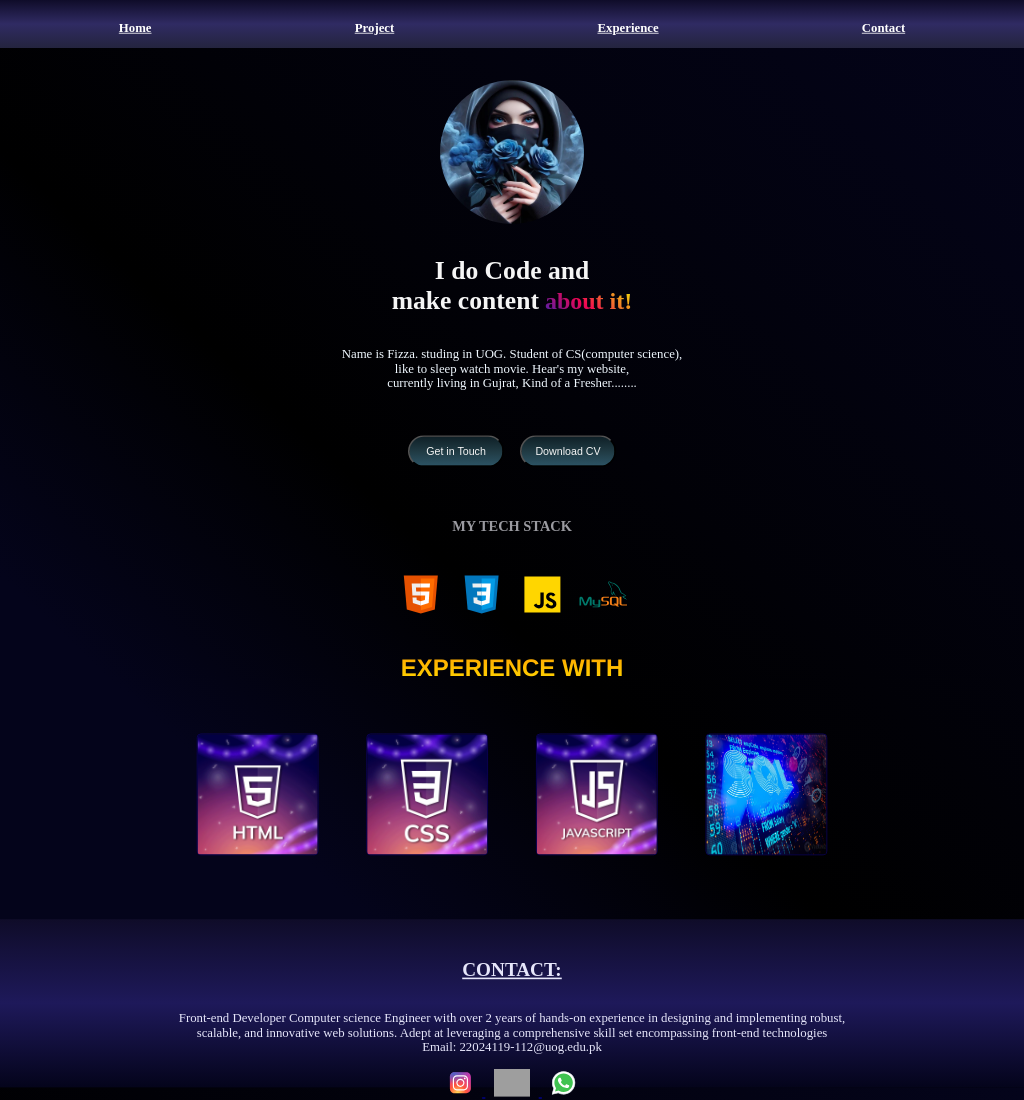
Repository: Fizza-112/portfolio
Page: index.html
The author's editor kept a copy of each file at every save. The page is drawn from the files as they stood at one save, then again after a run of saves.
The browser window is 1280 px wide. The pictures show the whole page, at 80% of full size.
Pictures or frames that could not be fetched are drawn as grey boxes.

Above is the page before, as saved 2024-09-07 03:34:44.

### index.html
<!DOCTYPE html>
<html lang="en">
<head>
    <meta charset="UTF-8">
    <meta name="viewport" content="width=device-width, initial-scale=1.0">
    <meta name="description"   content="Portfolio Website where you get info about my skills and learn new things in easy way">
    <title>My Portfolio</title>
    <link rel="stylesheet" href="style.css">
    <meta name="google-site-verification" content="bMfvFNlaXwRNzWYWQCBN_Ipu9i9Mxg_YoOX3iJSdJ_U" />
</head>
<body>

    <header class="head">
       <b><a href="#home" target="blank" class="anchor">Home</a>
        <a  href="#stack" target="blank" class="anchor" >Project</a>
        <a  href="#experience" target="blank" class="anchor" >Experience</a>
        <a href="#contacts" target="blank" class="anchor">Contact</a></b>
    </header>

    <div id="home">

        <div class="avatar">
            <img src="/WhatsApp Image 2024-08-29 at 6.32.49 AM.jpeg" all="img" id="Profile">
        </div>
        <div>
            <h1>
                I do Code and <br>
                make content<span id="ab-it"> about it!</span>
            </h1>
        </div>
        <p>
            Name is Fizza. studing in UOG. Student of CS(computer science),<br>
            like to sleep watch movie. Hear's my website,<br>
            currently living in Gujrat, Kind of a Fresher........
        </p>
        <div class="button-container">
            <Button>Get in Touch</Button>
            <button>Download CV</button>
        </div>
        <h4>

           <div id="stack">
            <b>MY TECH STACK</b>
        </h4>
        <div class="log">
            <image src="/icons8-html.svg" alt="img" class="logo">
            <img src="/icons8-css.svg" alt="img" class="logo">
            <img src="/icons8-js.svg" alt="img" class="logo">
            <img src="/icons8-mysql-logo.svg" alt="img" class="logo">
        </div>
</div>

</div>
<div id="experience">
    <div id="projects">
        <h2 id="pro">EXPERIENCE WITH</h2>
        <div class="hjs">
            <image src="/html.png" alt="img" class="photo">
            <image src="/css.png" alt="img" class="photo">
            <img src="/js.png" alt="img"class="photo">
            <img src="/sql.jpg" alt="img" class="photo">
        </div>
    </div>
</div>

    <!-- <div id="experience">
    <div>
        <h2 id="exp">EXPERIENCE</h2>
    </div>
    <h3>
        <b style="display: flex; align-items:center; justify-content:center;">
            <img  src="/google.jpg" alt="google"  class="gam">Software Engineer at Google
        </b>
    </h3>
    <p>As a Senior Software Engineer at Google, I played a pivotal role in developing innovative solutions <br>
        for Google's core search algorithms. Collaborating with a dynamic team of engineers,<br>
        I contributed to the enhancement of search accuracy and efficiency, optimizing user experiences for millions of users worldwide.
    </p>

    <h3>
    <b style="display: flex; align-items:center; justify-content:center;"> <img  src="/apple.png" alt="google" class="gam">Software Engineer at Apple </b>
    <h3>
    <p>During my tenure at Apple, I held the role of Software Architect, <br>
    where I played a key role in shaping the architecture of mission-critical software projects.<br>
    Responsible for designing scalable and efficient systems, I provided technical leadership to a cross-functional team.
    </p>
    <h3>
        <b style="display: flex; align-items:center; justify-content:center;"><img  src="/meta.jpg" alt="google" class="gam" > Engineer at Meta</b>
    </h3>
    <p>At Meta, I served as a  Software Engineer, focusing on the design and implementation of backend systems for the social media giant's dynamic platform.<br>
    Working on projects that involved large-scale data processing and user engagement features, I leveraged my expertise to ensure seamless functionality and scalability.
    </p>
    </div> -->

</div>
    <div id="contacts">
    <div id="contact">
        <footer>
        <p> <U><h2>CONTACT:</h2> </U></a><br>
            Front-end Developer Computer science Engineer with over 2 years of hands-on experience in designing
            and implementing robust,<br> scalable, and innovative web solutions. Adept at leveraging a
            comprehensive skill set encompassing front-end  technologies <br>
            Email: 22024119-112@uog.edu.pk
            <br>
            <br>

                <a href="https://www.instagram.com/magical4528?igsh=dXF0NXVsdWx1eGd3" target="_blank">
                    <img src="/icons8-insta.svg" alt="Instagram" class="icon">
                </a>
                <a href="https://www.snapchat.com/add/fizza_tahir453?share_id=_8QjPm1qg5w&locale=en-PK" target="_blank">
                    <img src="/snap.png" alt="snapchat" class="icon">
                </a>
                <a href="https://web.whatsapp.com/#" target="_blank">
                    <img src="/icons8-whatsapp.svg" alt="whatsapp" class="icon">

                </a>


        </footer>
    </div>
</div>

### style.css
body{
    background-image: linear-gradient(43deg, #04041b 25%, #000000 46%, #04041b 100%);
    margin:0px;
    padding: 0px;
}
@media (max-width: 768px){

header {
   max-width: 768px;
    background-color: #9a9aa0;
    background-image: linear-gradient( #0f0c29, #302b63,  #24243e);
    height: 50px;
   padding-top: 10px;
    text-align: center;
    word-spacing: 120px !important;

}
}
header {
    display: flex;
    justify-content: center;         /* Centers horizontally */
    align-items: center;
    background-color: #9a9aa0;
    background-image: linear-gradient( #0f0c29, #302b63,  #24243e);
    height: 50px;
   padding-top: 10px;
    text-align: center;
    word-spacing: 250px;

}


.anchor{
    color: white;
    font-size: medium;

}
.anchor:hover{
    background-image: linear-gradient(#0f0c29, #2f1c3b,  #0f1452 ) ;
    font-size: larger;
}

.avatar {
    display: flex;
    justify-content: center;    /* Centers horizontally */
    align-items: center;       /* Centers  vertically */
}
#Profile{
    width: 180px;
height: 180px;
border-radius: 50%;
margin-top: 40px;

}
h1{
    color:whitesmoke;
    text-align: center;
    margin-top: 40px;
}
#ab-it{
    font-size: 30px;
    background: linear-gradient(43deg, #3622b6 0%, #f10551 46%, #f1f102 100%);  /* The gradient color */
    -webkit-background-clip: text;       /* Clip the background to the text */
    background-clip: text;              /* For non-WebKit browsers */
    color: transparent;                 /* Make the text color transparent */
}
p{
    color:white;
    text-align: center;
    margin-top: 40px;
}
.button-container {
    display: flex;
    justify-content: center; /* Centers the button horizontally */
    align-items: center; /* Centers the button vertically */

}
button{
    width: 120px;
    height: 40px;
    border-radius: 30px;
    margin: 40px 10px;
   font-size: normal;
   font-weight: normal;
   color: whitesmoke;
   background: linear-gradient( #0f2027, #203a43, #2c5364); /* New gradient on hover */
  }
  button:hover {
    background-image: linear-gradient(#0f0c29, #302b63,  #24243e );
    box-shadow: #302b63 0px 4px 0px 0px;
  }


h4{
    color:#9a9aa0;
    text-align: center;
    font-size: large;
    font-weight: normal;
}

.log {
    display: flex;
    justify-content: center; /* Centers the items horizontally */
    align-items: center;     /* Centers the items vertically */

}

.logo {
    width: 60px;
    height: 60px;
    border-radius: 5px;
    margin: 20px 8px;
}
 .logo:hover{
    background-image: linear-gradient( #0f2027, #203a43, #2c5364) ;

}
#pro{
text-align: center;
color: #eca012 ;
font-family: 'Franklin Gothic Medium';
    font-size: 30px;
    background: linear-gradient( orange, gold ); /* The gradient color */
    -webkit-background-clip: text; /* Clip the background to the text */
    background-clip: text; /* For non-WebKit browsers */
    color: transparent; /* Make the text color transparent */
  }


#exp{
    margin-top: 30px;
    text-align: center;
    font-size: 30px;
    background: linear-gradient( rgb(0, 47, 255),#0093E9  ); /* The gradient color */
    -webkit-background-clip: text; /* Clip the background to the text */
    background-clip: text; /* For non-WebKit browsers */
    color: transparent; /* Make the text color transparent */
     font-family: 'Franklin Gothic Medium';
}
.hjs {
    display: flex;
    flex-wrap: wrap;
    justify-content: center; /* Centers  horizontally */
    align-items: center; /* Centers  vertically */
}
.photo{
    width: 150px;
    height: 150px;
    border-radius: 5px;
    margin: 40px 30px;
    border:1px solid rgb(13, 3, 104);
}
.photo:hover{
    border:4px solid whitesmoke;
}

h3{
    text-align: center;
    color:aliceblue;
}
p{
    text-align: center;
    color:aliceblue;
}
.gam{
    height: 30px;
}

footer{
    margin-top: 40px;
    padding-top: 10px;
    text-align: center;
    height: 200px;
    color: lavender;
    background-image: linear-gradient(#0f0c29, #1e195a, #04041b 100%);

}
.icon{
    height: 35px;
    margin: 0 10px;

}

After the next 6 saves:
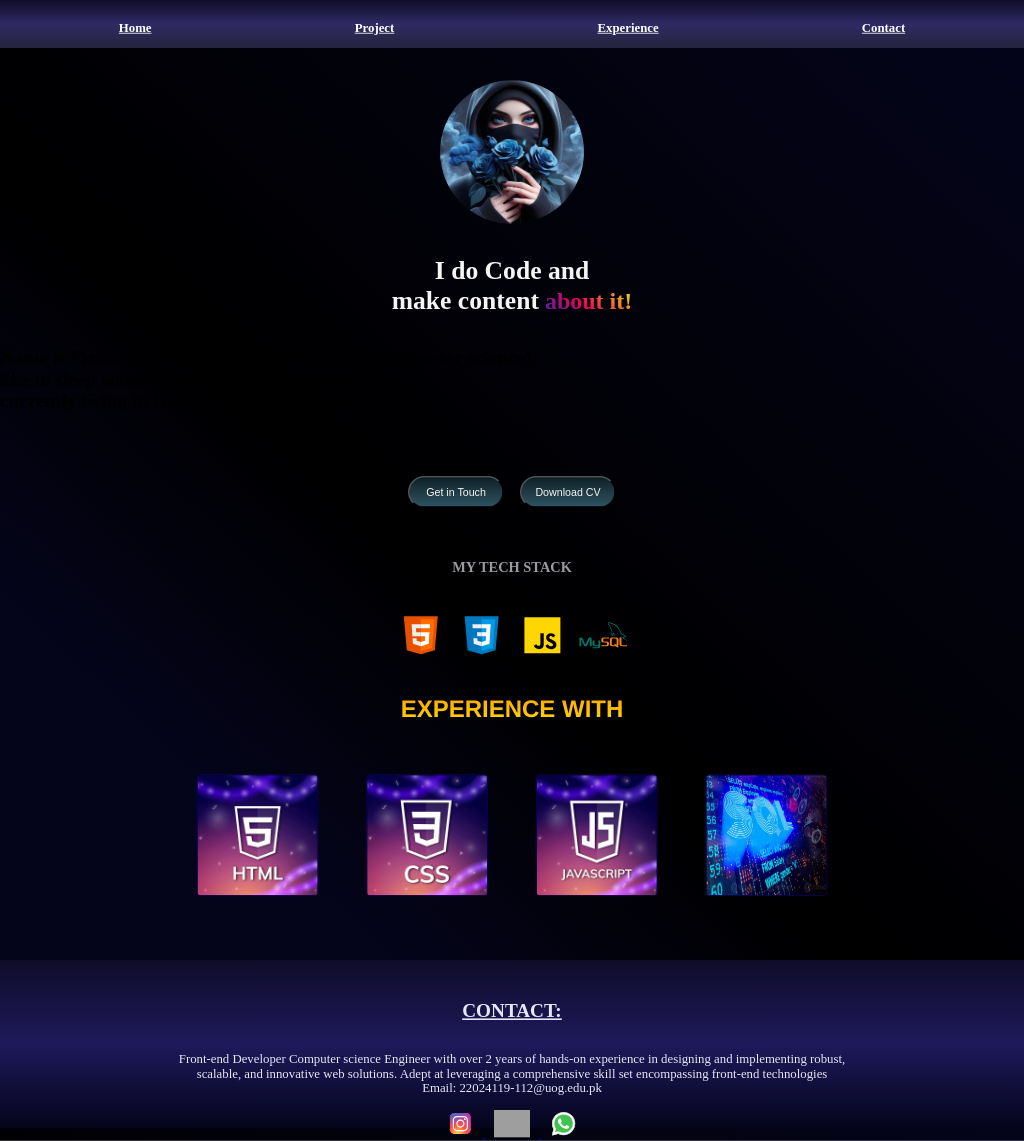
The 6 saves are shown as one change because they came seconds apart.
The last was saved 10 min 34 s later.
--- a/index.html
+++ b/index.html
@@ -28,10 +28,10 @@
                 make content<span id="ab-it"> about it!</span>
             </h1>
         </div>
-        <p>
+        <p><h2>
             Name is Fizza. studing in UOG. Student of CS(computer science),<br>
             like to sleep watch movie. Hear's my website,<br>
-            currently living in Gujrat, Kind of a Fresher........
+            currently living in Gujrat, Kind of a Fresher........</h2>
         </p>
         <div class="button-container">
             <Button>Get in Touch</Button>
